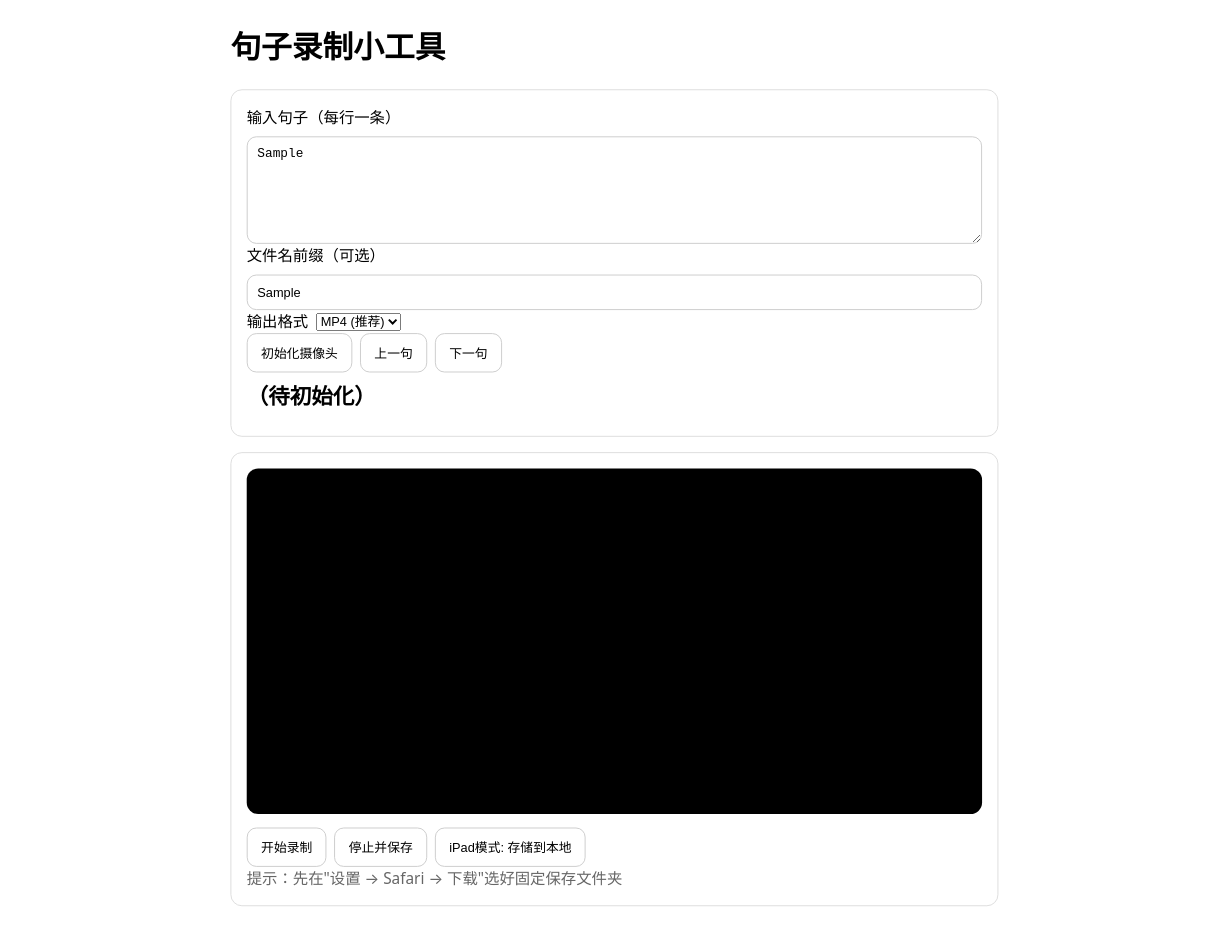
Repository: video2speech/video2speech.github.io
Page: index.html
These files come from the project's save history. The page is drawn as it stood at one moment and after the next save; the edit follows.
The browser window is 1280 px wide. The pictures show the whole page, at 96% of full size.
Empty fields were first filled with sample values (such as "Sample", 5 or name@example.com).
After loading, the first visible `#downloadMode` was clicked once.

Above is the page before, as saved 2025-09-04 04:45:16.
Console error: ReferenceError: toggleDownloadMode is not defined

After the next save:
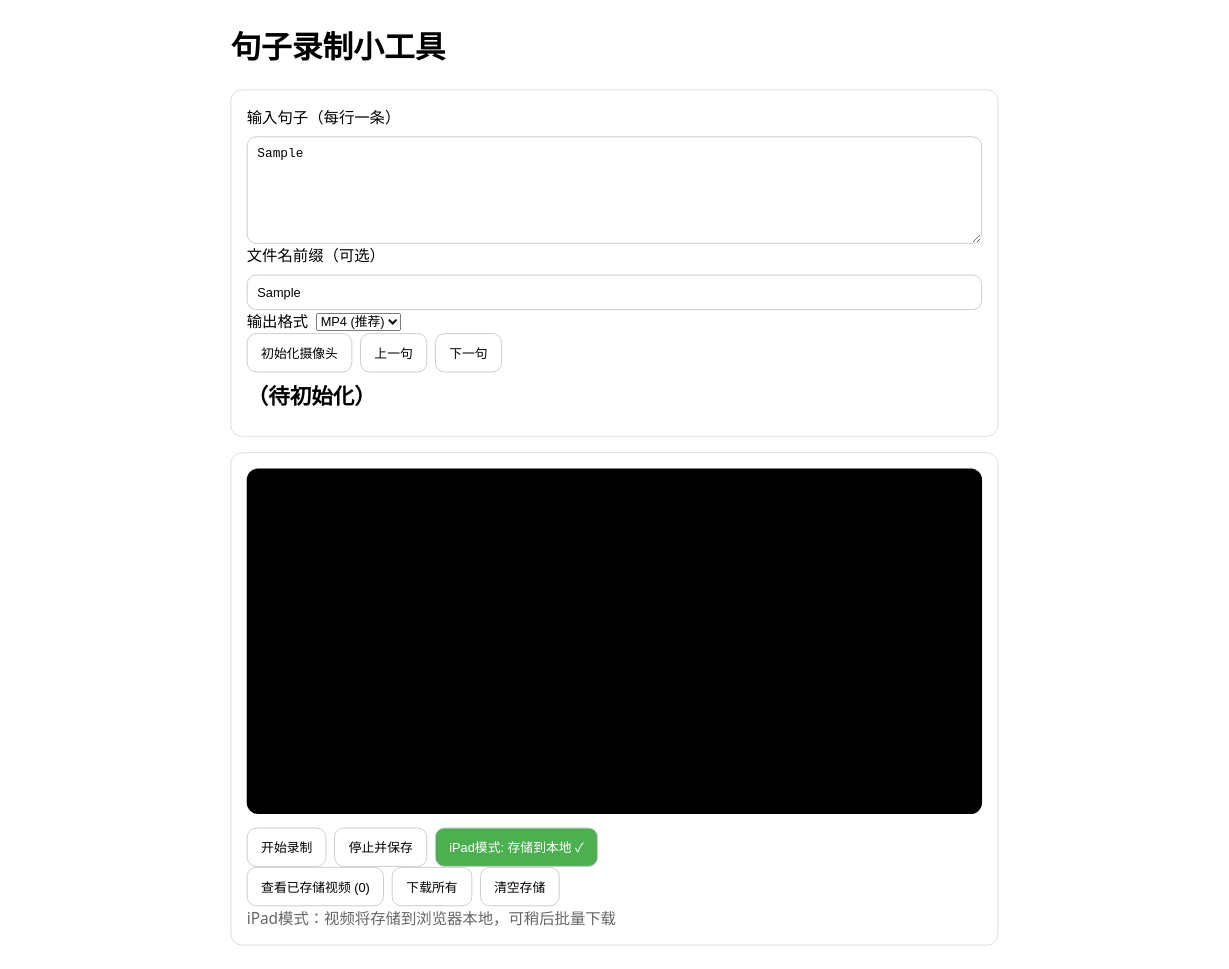
The error is gone.
Saved 18 s later.
--- a/index.html
+++ b/index.html
@@ -184,6 +184,117 @@ el('init').onclick = async () => {
 el('next').onclick = () => { if (sentences.length){ idx = Math.min(idx+1, sentences.length-1); updateSentenceView(); }};
 el('prev').onclick = () => { if (sentences.length){ idx = Math.max(idx-1, 0); updateSentenceView(); }};
 
+// 切换下载模式
+function toggleDownloadMode() {
+  storageMode = !storageMode;
+  const button = el('downloadMode');
+  if (storageMode) {
+    button.textContent = 'iPad模式: 存储到本地 ✓';
+    button.style.backgroundColor = '#4CAF50';
+    button.style.color = 'white';
+    el('viewStored').style.display = 'inline-block';
+    el('downloadAll').style.display = 'inline-block';
+    el('clearAll').style.display = 'inline-block';
+    el('downloadTip').textContent = 'iPad模式：视频将存储到浏览器本地，可稍后批量下载';
+  } else {
+    button.textContent = 'iPad模式: 存储到本地';
+    button.style.backgroundColor = '';
+    button.style.color = '';
+    el('viewStored').style.display = 'none';
+    el('downloadAll').style.display = 'none';
+    el('clearAll').style.display = 'none';
+    el('downloadTip').textContent = '提示：先在"设置 → Safari → 下载"选好固定保存文件夹';
+  }
+  updateStorageInfo();
+}
+
+// 更新存储信息
+async function updateStorageInfo() {
+  if (!db) return;
+
+  try {
+    const videos = await getAllStoredVideos();
+    const count = videos.length;
+    const totalSize = videos.reduce((sum, video) => sum + video.size, 0);
+    const sizeInMB = (totalSize / (1024 * 1024)).toFixed(1);
+
+    el('viewStored').textContent = `查看已存储视频 (${count})`;
+    el('storageInfo').textContent = count > 0 ? `已存储 ${count} 个视频，约 ${sizeInMB} MB` : '';
+  } catch (error) {
+    console.error('更新存储信息失败:', error);
+  }
+}
+
+// 查看存储的视频
+el('viewStored').onclick = async () => {
+  try {
+    const videos = await getAllStoredVideos();
+    if (videos.length === 0) {
+      alert('暂无存储的视频');
+      return;
+    }
+
+    let list = '存储的视频列表：\n\n';
+    videos.forEach((video, index) => {
+      const date = new Date(video.timestamp).toLocaleString();
+      const sizeMB = (video.size / (1024 * 1024)).toFixed(1);
+      list += `${index + 1}. ${video.fileName}\n   句子: ${video.sentence}\n   时间: ${date}\n   大小: ${sizeMB} MB\n\n`;
+    });
+
+    alert(list);
+  } catch (error) {
+    alert('获取存储视频失败: ' + error.message);
+  }
+};
+
+// 下载所有存储的视频
+el('downloadAll').onclick = async () => {
+  try {
+    const videos = await getAllStoredVideos();
+    if (videos.length === 0) {
+      alert('暂无存储的视频');
+      return;
+    }
+
+    if (!confirm(`确定要下载所有 ${videos.length} 个视频吗？`)) return;
+
+    // 逐个下载，间隔300ms
+    for (let i = 0; i < videos.length; i++) {
+      setTimeout(() => {
+        const video = videos[i];
+        const a = document.createElement('a');
+        a.download = video.fileName;
+        a.href = URL.createObjectURL(video.blob);
+        a.click();
+        URL.revokeObjectURL(a.href);
+      }, i * 300);
+    }
+
+    el('storageInfo').textContent = `正在下载 ${videos.length} 个视频...`;
+  } catch (error) {
+    alert('下载失败: ' + error.message);
+  }
+};
+
+// 清空所有存储的视频
+el('clearAll').onclick = async () => {
+  try {
+    const videos = await getAllStoredVideos();
+    if (videos.length === 0) {
+      alert('暂无存储的视频');
+      return;
+    }
+
+    if (!confirm(`确定要清空所有 ${videos.length} 个存储的视频吗？此操作不可恢复！`)) return;
+
+    await clearAllStoredVideos();
+    updateStorageInfo();
+    alert('已清空所有存储的视频');
+  } catch (error) {
+    alert('清空失败: ' + error.message);
+  }
+};
+
 el('start').onclick = () => {
   if (!stream) return alert('请先点"初始化摄像头"');
   if (recording) return;
